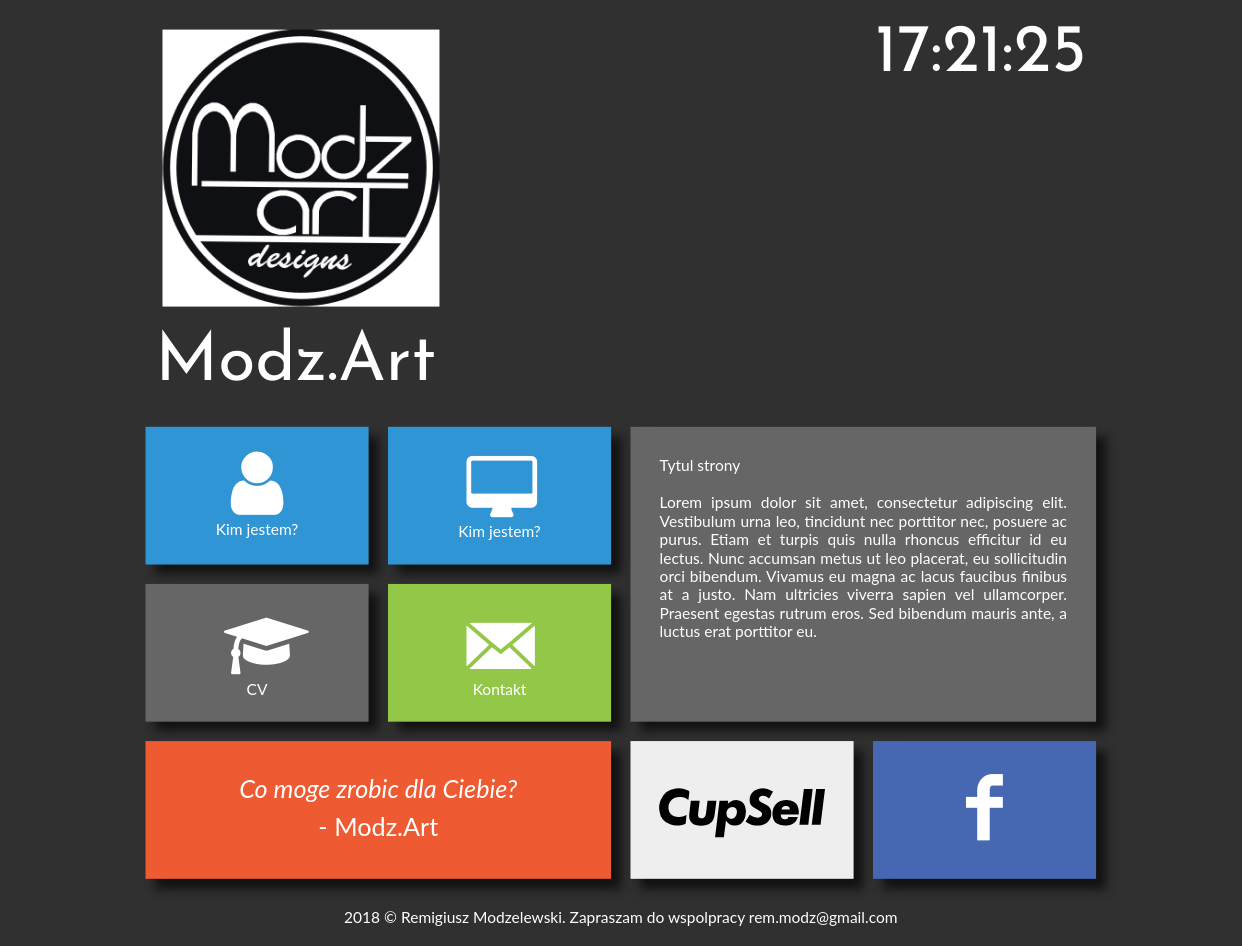
Repository: RemModz/Portfolio
Page: index.html
An editor plug-in stored every save of this project. The page is shown before and after the next save, followed by the edit.
The browser window is 1280 px wide. The pictures show the whole page, at 97% of full size.

Above is the page before, as saved 2018-11-07 19:58:11.

After the next save:
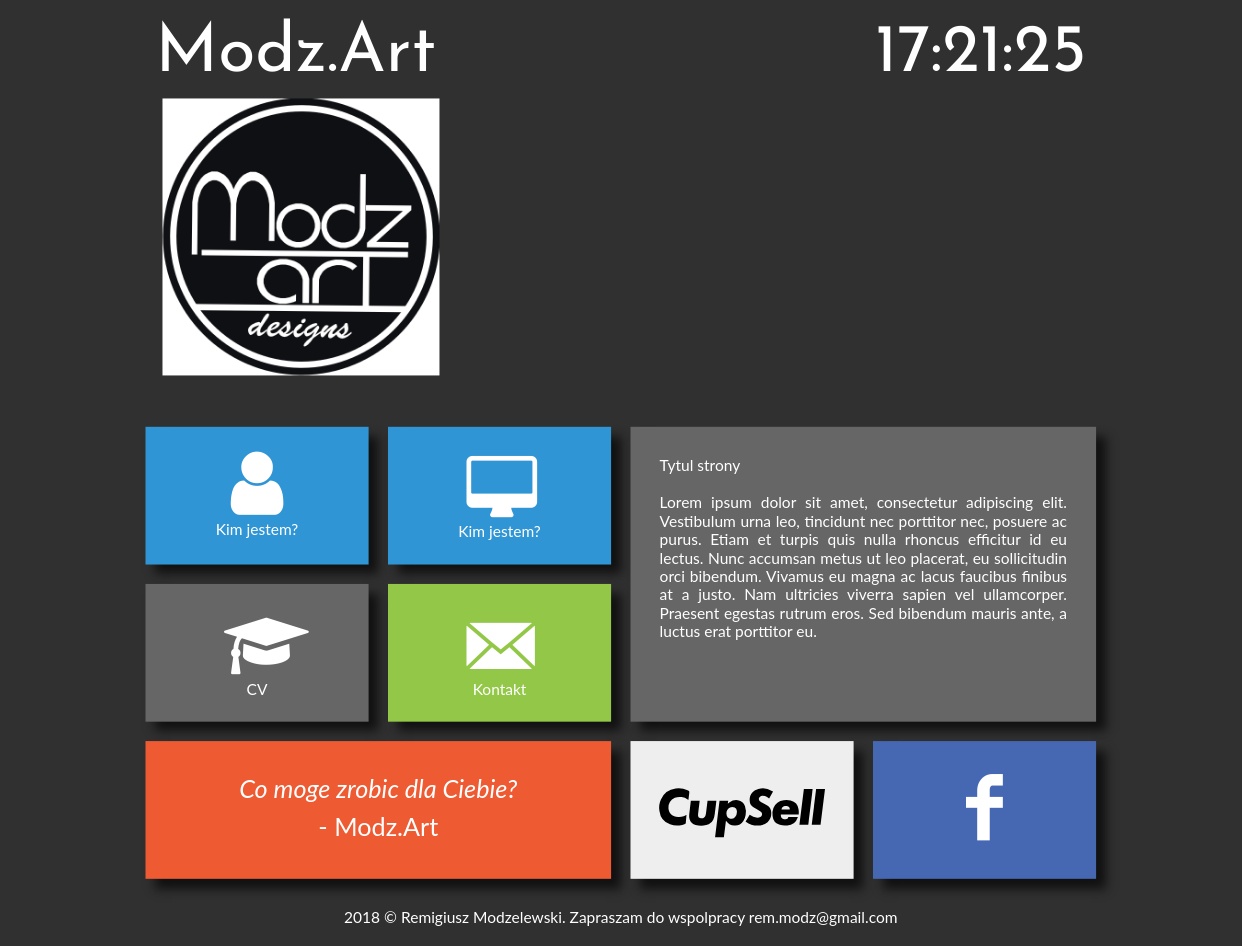
Saved 33 s later.
--- a/index.html
+++ b/index.html
@@ -18,8 +18,8 @@
 
         <div class="rectangle">
                 <div id="logo">
-                        <img src="modzartlogo.svg" class="logomodzart" alt="logo">
-                    <a href="index.html" class="tilelinkhtml5">Modz.Art</a></div>
+
+                    <a href="index.html" class="tilelinkhtml5">Modz.Art</a><img src="modzartlogo.svg" class="logomodzart" alt="logo"></div>
             <div id="zegar"></div>
             <div style="clear:both;"></div>
         </div>
